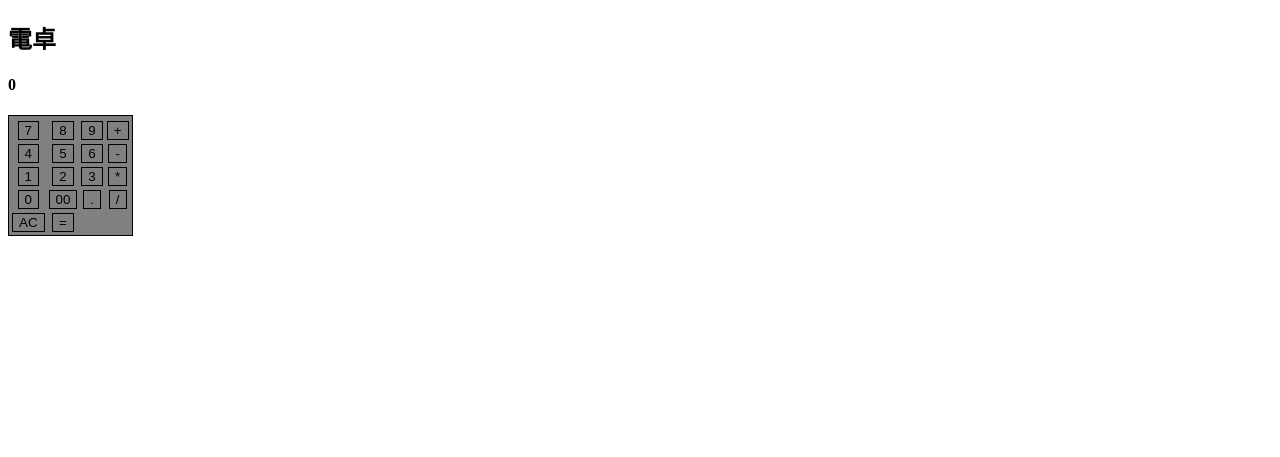
Repository: syokaturyou/potepan
Page: dentaku.html
The author's editor kept a record of every edit. The page is drawn from the files as they stood at one moment, then again after the next edit.
The browser window is 1280 px wide. The pictures show the whole page.

Above is the page before.

### dentaku.html
   <!DOCTYPE html>
    <html lang="en">
      <head>
        <meta charset="utf-8">
        <!--<script src="https://code.jquery.com/jquery-3.2.1.js" integrity="sha256-DZAnKJ/6XZ9si04Hgrsxu/8s717jcIzLy3oi35EouyE=" crossorigin="anonymous"></script>  -->
        <link rel="stylesheet" href="css/main.css">
        <title>電卓</title>
        <script src="javascript/jquery.min.js"></script>
        <script type="text/javascript" src="javascript/main.js" charset="utf-8"></script>
      </head>

      <body>
        <h2>電卓</h2>

          <table>
          <tr>
            <h4 class="target">0</h4>
          </tr>
          <tr>
            <th><button class="button7">7</button></th>
            <th><button class="button8">8</button></th>
            <th><button class="button9">9</button></th>
            <th><button class="button+">+</button></th>
          </tr>
          <tr>
            <th><button class="button4">4</button></th>
            <th><button class="button5">5</button></th>
            <th><button class="button6">6</button></th>
            <th><button class="button-">-</button></th>
          </tr>
          <tr>
            <th><button class="button1">1</button></th>
            <th><button class="button2">2</button></th>
            <th><button class="button3">3</button></th>
            <th><button class="button*">*</button></th>
          </tr>
          <tr>
            <th><button class="button0">0</button></th>
            <th><button class="button00">00</button></th>
            <th><button class="button.">.</button></th>
            <th><button class="button/">/</button></th>
          </tr>
          <tr>
            <th><button class="buttonreset">AC</button></th>
            <th><button class="button=">=</button></th>
          </tr>
        </table>

      </body>
    </html>

### css/main.css
table{
  border: 1px solid black;
  background-color: gray;
}


 .black{
  color: white;
  background-color: black;
}

button {
  border: 1px solid black;
  background-color: gray;
}

### javascript/main.js
     $(document).ready(function(){
      $(".button0").click(function() {
      let value = $(".button0").text(); //テキストを取得し変数に入れています
      $(".target").text(value); //テキストを変更する処理
      });

      $(".button1").click(function() {
      let value1 = 1;
      let value = value + value1
      $(".target").text(value);
      });

      $(".button2").click(function() {
      let value2 = 2;
      let value = value + value2
       $(".target").text(value);
      });

      $(".button3").click(function() {
      let value = 3;
       $(".target").text(value);
      });

      $(".button4").click(function() {
      let value = 4;
       $(".target").text(value);
      });

      $(".button5").click(function() {
      let value = $(".button5").number();
       $(".target").number(value);
      });

      $(".button6").click(function() {
      let value = $(".button6").text();
       $(".target").text(value);
      });

      $(".button7").click(function() {
      let value = $(".button7").text();
       $(".target").text(value);
      });

      $(".button8").click(function() {
      let value = $(".button8").text();
       $(".target").text(value);
      });

      $(".button9").click(function() {
      let value = $(".button9").text();
       $(".target").text(value);
      });

      $(".buttonreset").click(function() {
       $(".target").text(0);
      });

  });

Loaded but not shown: javascript/jquery.min.js (library)

After the next edit:
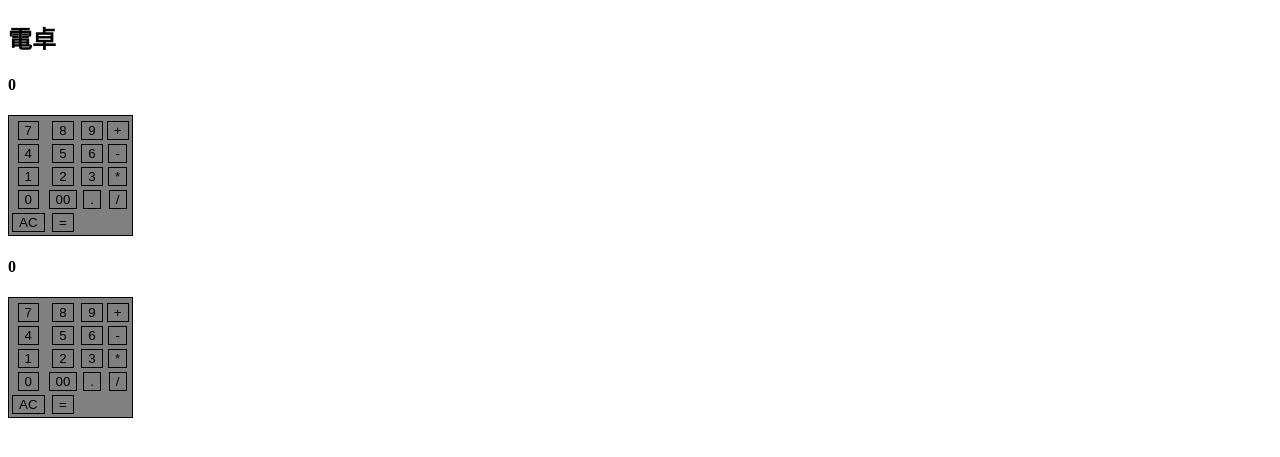
The edit:
--- a/dentaku.html
+++ b/dentaku.html
@@ -46,5 +46,39 @@
           </tr>
         </table>
 
+        <table>
+          <tr>
+            <h4 class="target">0</h4>
+          </tr>
+          <tr>
+            <th><button class="buttonA">7</button></th>
+            <th><button class="buttonA">8</button></th>
+            <th><button class="buttonA">9</button></th>
+            <th><button class="button+">+</button></th>
+          </tr>
+          <tr>
+            <th><button class="button4">4</button></th>
+            <th><button class="button5">5</button></th>
+            <th><button class="button6">6</button></th>
+            <th><button class="button-">-</button></th>
+          </tr>
+          <tr>
+            <th><button class="button1">1</button></th>
+            <th><button class="button2">2</button></th>
+            <th><button class="button3">3</button></th>
+            <th><button class="button*">*</button></th>
+          </tr>
+          <tr>
+            <th><button class="button0">0</button></th>
+            <th><button class="button00">00</button></th>
+            <th><button class="button.">.</button></th>
+            <th><button class="button/">/</button></th>
+          </tr>
+          <tr>
+            <th><button class="buttonreset">AC</button></th>
+            <th><button class="button=">=</button></th>
+          </tr>
+        </table>
+
       </body>
     </html>

After the 2 edits that followed:
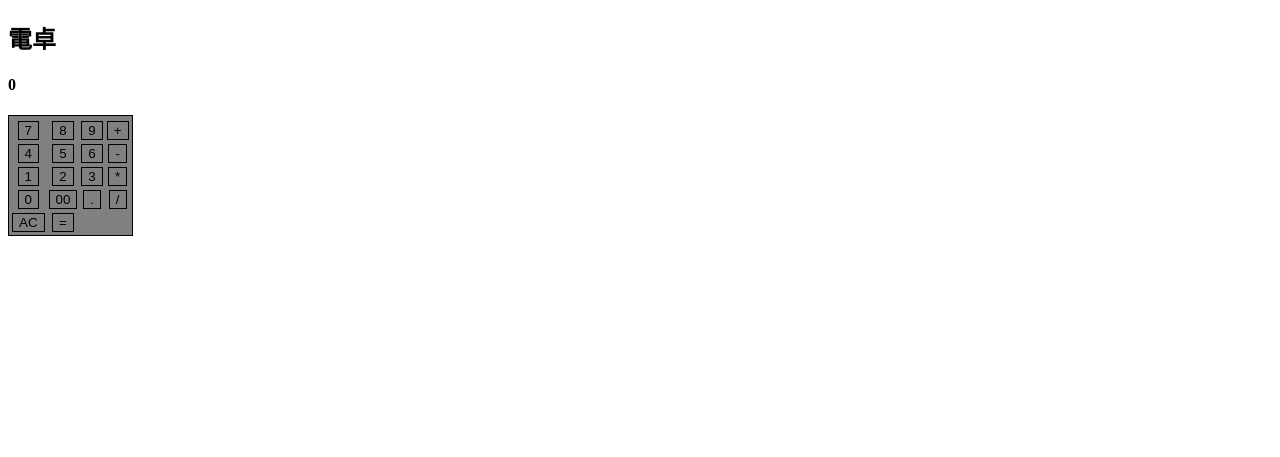
The 2 edits are shown as one change because 1 left the picture as it was.
The edit:
--- a/dentaku.html
+++ b/dentaku.html
@@ -46,39 +46,5 @@
           </tr>
         </table>
 
-        <table>
-          <tr>
-            <h4 class="target">0</h4>
-          </tr>
-          <tr>
-            <th><button class="buttonA">7</button></th>
-            <th><button class="buttonA">8</button></th>
-            <th><button class="buttonA">9</button></th>
-            <th><button class="button+">+</button></th>
-          </tr>
-          <tr>
-            <th><button class="button4">4</button></th>
-            <th><button class="button5">5</button></th>
-            <th><button class="button6">6</button></th>
-            <th><button class="button-">-</button></th>
-          </tr>
-          <tr>
-            <th><button class="button1">1</button></th>
-            <th><button class="button2">2</button></th>
-            <th><button class="button3">3</button></th>
-            <th><button class="button*">*</button></th>
-          </tr>
-          <tr>
-            <th><button class="button0">0</button></th>
-            <th><button class="button00">00</button></th>
-            <th><button class="button.">.</button></th>
-            <th><button class="button/">/</button></th>
-          </tr>
-          <tr>
-            <th><button class="buttonreset">AC</button></th>
-            <th><button class="button=">=</button></th>
-          </tr>
-        </table>
-
       </body>
     </html>
